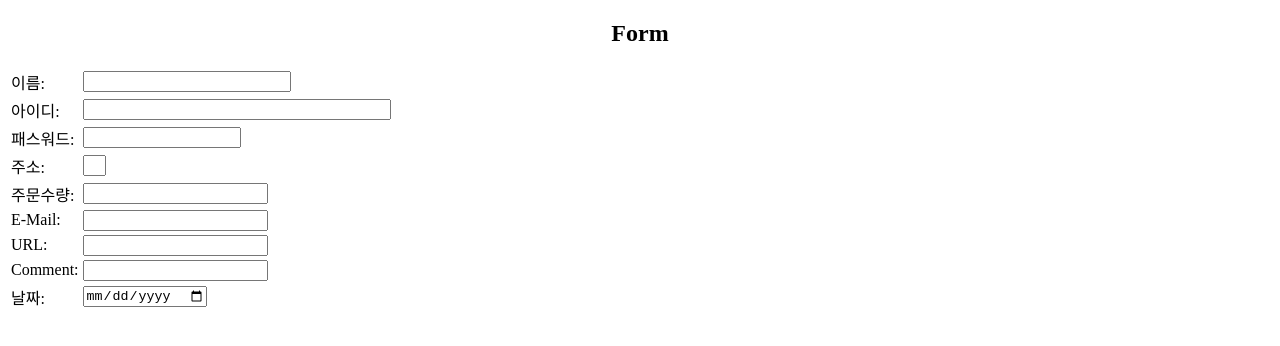
Repository: gyujin91/JSP
Page: web01/src/main/webapp/form.html
An editor plug-in stored every save of this project. The page is shown before and after the next save, followed by the edit.
The browser window is 1280 px wide. The pictures show the whole page.

Above is the page before, as saved 2022-04-22 05:19:22.

After the next save:
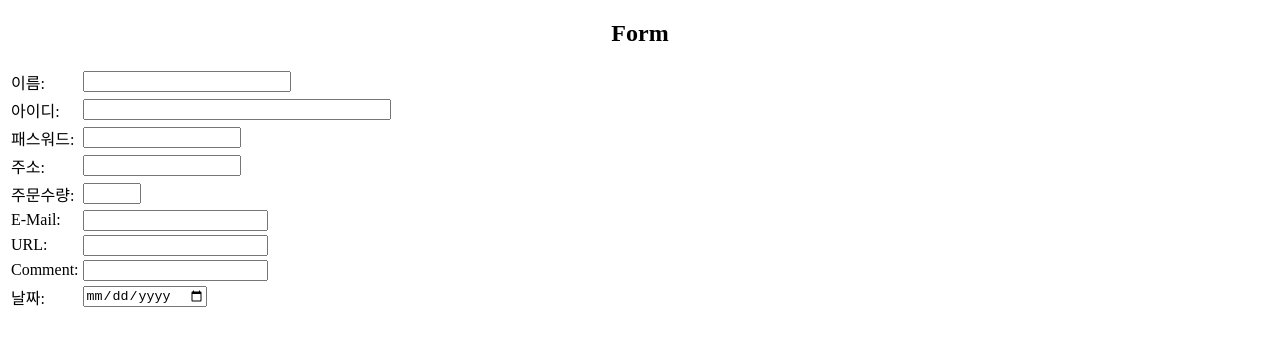
Saved 11 s later.
--- a/web01/src/main/webapp/form.html
+++ b/web01/src/main/webapp/form.html
@@ -8,7 +8,8 @@
 .input1{width: 200px;}
 .input2{width:300px;}
 .input3{width:150px;}
-.input4{width:15px;}
+.input4{width:150px;}
+.input5{width:50px;}
 </style>
 
 <title>Form Sample</title>
